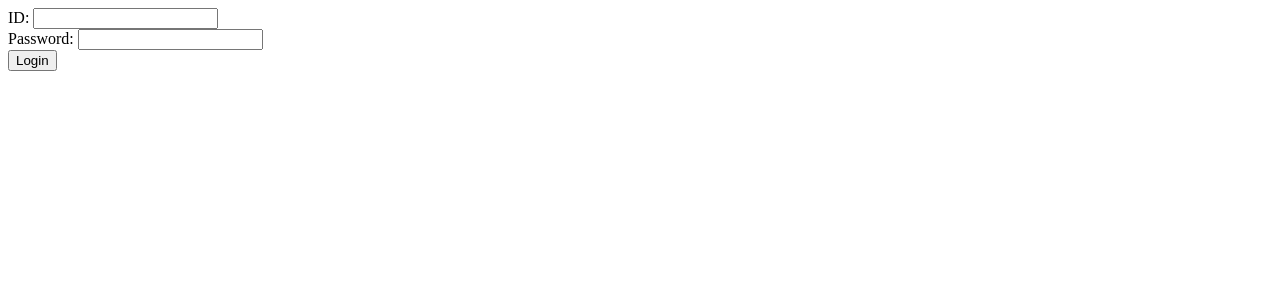
Repository: i-kemen/jsp
Page: WebTest/src/main/webapp/login.html
The author's editor kept a copy of each file at every save. The page is drawn from the files as they stood at one save, then again after the next save.
The browser window is 1280 px wide. The pictures show the whole page.

Above is the page before, as saved 2023-06-21 06:30:01.

After the next save:
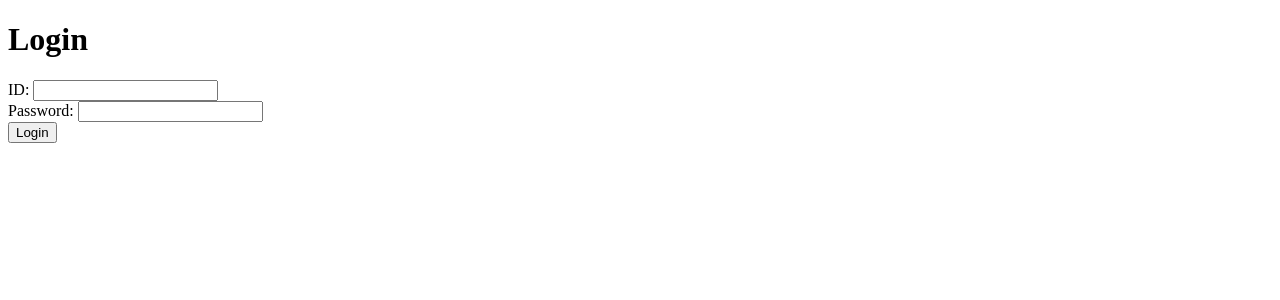
Saved 8 min 48 s later.
--- a/WebTest/src/main/webapp/login.html
+++ b/WebTest/src/main/webapp/login.html
@@ -1,11 +1,12 @@
 <!DOCTYPE html>
 <html>
 <head>
-<meta charset="EUC-KR">
-<title>Insert title here</title>
+    <meta charset="UTF-8">
+    <title>Login</title>
 </head>
 <body>
-    <form method="post" action="login.jsp">
+    <h1>Login</h1>
+    <form method="post" action="loginOk.jsp">
         <label for="id">ID:</label>
         <input type="text" id="id" name="id" required><br/>
         <label for="passwd">Password:</label>
